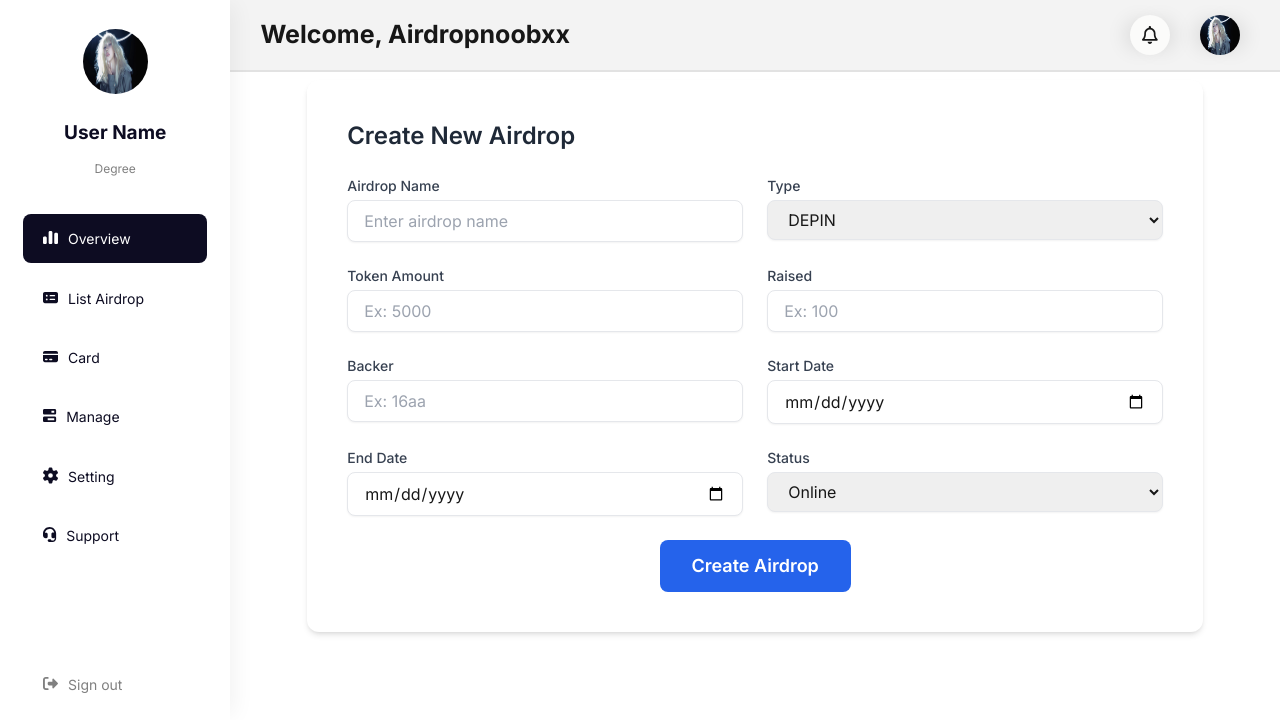
Repository: conGaStuer/airdropmamager
Page: /airdrops/new
These files come from the project's save history. The page is drawn as it stood at one moment and after the next save; the edit follows.
The browser window is 1280 px wide. The pictures show the whole page.
The project was rebuilt for these pictures with package versions that can differ from the ones it lists, and the page was loaded fresh each time. The framework's server and built-in components were replaced by stand-ins that run in the browser. Also part of the build but not shown: next.config.ts, src/styles/addForm.scss.

Above is the page before, as saved 2025-05-28 19:16:56.

### src/app/layout.tsx
// app/layout.tsx
import { Inter } from "next/font/google";
import "../styles/globals.css";
import NavBar from "@/components/NavBar";
import SideBar from "@/components/SideBar";

const inter = Inter({ subsets: ["latin"] });

export const metadata = {
  title: "Airdrop Admin",
  description: "Manage Airdrops",
};

// app/layout.tsx
export default function RootLayout({
  children,
}: {
  children: React.ReactNode;
}) {
  return (
    <html lang="en">
      <body>{children}</body>
    </html>
  );
}

### src/app/airdrops/layout.js
// app/airdrops/layout.js (hoặc layout.tsx nếu bạn dùng TypeScript)
"use client";
import React from "react";
import NavBar from "@/components/NavBar";
import SideBar from "@/components/SideBar";

export default function AirdropLayout({ children }) {
  return (
    <div className="flex">
      <SideBar />
      <div className="flex-1">
        <NavBar />
        <main className="pt-14 ">{children}</main>
      </div>
    </div>
  );
}

### src/app/airdrops/new/page.js
"use client";
import React, { useState } from "react";
import axios from "axios";
import { useRouter } from "next/navigation";
import "../../../styles/addForm.scss";
export default function CreateAirdropPage() {
  const [form, setForm] = useState({
    name: "",
    type: "",
    raised: "",
    status: "",
    tokenAmount: "",
    backer: "",
    startDate: "",
    endDate: "",
  });
  const router = useRouter();
  const handleCreate = async (e) => {
    e.preventDefault();
    await axios.post("http://localhost:5000/api/airdrops", form);
    router.push("/airdrops");
  };
  return (
    <div className="w-full max-w-4xl mx-auto bg-white p-10 rounded-xl shadow-md mt-6">
      <h2 className="text-2xl font-semibold text-gray-800 mb-6">
        Create New Airdrop
      </h2>
      <form onSubmit={handleCreate} className="grid grid-cols-2 gap-6">
        {/* Airdrop Name */}
        <div>
          <label className="block mb-1 text-sm font-medium text-gray-700">
            Airdrop Name
          </label>
          <input
            type="text"
            value={form.name}
            onChange={(e) => setForm({ ...form, name: e.target.value })}
            className="w-full px-4 py-2 border rounded-lg shadow-sm focus:outline-none focus:ring-2 focus:ring-blue-500"
            placeholder="Enter airdrop name"
          />
        </div>

        {/* Type */}
        <div>
          <label className="block mb-1 text-sm font-medium text-gray-700">
            Type
          </label>
          <select
            value={form.type}
            onChange={(e) => setForm({ ...form, type: e.target.value })}
            className="w-full px-4 py-2 border rounded-lg shadow-sm focus:outline-none focus:ring-2 focus:ring-blue-500"
          >
            <option value="DEPIN">DEPIN</option>
            <option value="Testnet">Testnet</option>
            <option value="Webpoint">Webpoint</option>
          </select>
        </div>

        {/* TokenAmount */}
        <div>
          <label className="block mb-1 text-sm font-medium text-gray-700">
            Token Amount
          </label>
          <input
            type="number"
            value={form.tokenAmount}
            onChange={(e) => setForm({ ...form, tokenAmount: e.target.value })}
            className="w-full px-4 py-2 border rounded-lg shadow-sm focus:outline-none focus:ring-2 focus:ring-blue-500"
            placeholder="Ex: 5000"
          />
        </div>

        {/* Raised */}
        <div>
          <label className="block mb-1 text-sm font-medium text-gray-700">
            Raised
          </label>
          <input
            type="number"
            value={form.raised}
            onChange={(e) => setForm({ ...form, raised: e.target.value })}
            className="w-full px-4 py-2 border rounded-lg shadow-sm focus:outline-none focus:ring-2 focus:ring-blue-500"
            placeholder="Ex: 100"
          />
        </div>

        {/* Backer */}
        <div>
          <label className="block mb-1 text-sm font-medium text-gray-700">
            Backer
          </label>
          <input
            type="text"
            value={form.backer}
            onChange={(e) => setForm({ ...form, backer: e.target.value })}
            className="w-full px-4 py-2 border rounded-lg shadow-sm focus:outline-none focus:ring-2 focus:ring-blue-500"
            placeholder="Ex: 16aa"
          />
        </div>

        {/* Start Date */}
        <div>
          <label className="block mb-1 text-sm font-medium text-gray-700">
            Start Date
          </label>
          <input
            type="date"
            value={form.startDate}
            onChange={(e) => setForm({ ...form, startDate: e.target.value })}
            className="w-full px-4 py-2 border rounded-lg shadow-sm focus:outline-none focus:ring-2 focus:ring-blue-500"
          />
        </div>

        {/* End Date */}
        <div>
          <label className="block mb-1 text-sm font-medium text-gray-700">
            End Date
          </label>
          <input
            type="date"
            value={form.endDate}
            onChange={(e) => setForm({ ...form, endDate: e.target.value })}
            className="w-full px-4 py-2 border rounded-lg shadow-sm focus:outline-none focus:ring-2 focus:ring-blue-500"
          />
        </div>

        {/* Status */}
        <div>
          <label className="block mb-1 text-sm font-medium text-gray-700">
            Status
          </label>
          <select
            value={form.status}
            onChange={(e) => setForm({ ...form, status: e.target.value })}
            className="w-full px-4 py-2 border rounded-lg shadow-sm focus:outline-none focus:ring-2 focus:ring-blue-500"
          >
            <option value="online">Online</option>
            <option value="offline">Offline</option>
          </select>
        </div>

        {/* Submit Button */}
        <div className="col-span-2 text-center">
          <button
            type="submit"
            className="px-8 py-3 bg-blue-600 text-white text-lg font-semibold rounded-lg hover:bg-blue-700 transition"
          >
            Create Airdrop
          </button>
        </div>
      </form>
    </div>
  );
}

### src/styles/globals.css
@tailwind base;
@tailwind components;
@tailwind utilities;

:root {
  --background: #ffffff;
  --foreground: #171717;
}

@media (prefers-color-scheme: dark) {
  :root {
    --background: #ffffff;
    --foreground: #393737;
  }
}

body {
  color: var(--foreground);
  background: var(--background);
  font-family: inter;
  background-size: cover;
  background-position: center;
}

### src/components/NavBar.js
import React from "react";
import "../styles/navbar.scss";
import { FontAwesomeIcon } from "@fortawesome/react-fontawesome";
import {
  faEdit,
  faTrash,
  faRectangleList,
  faChartSimple,
  faCreditCard,
  faBarsProgress,
  faGear,
  faHeadset,
  faRightFromBracket,
  faRing,
} from "@fortawesome/free-solid-svg-icons";
import { faBell } from "@fortawesome/free-regular-svg-icons";
import Image from "next/image";
export default function NavBar() {
  return (
    <div className="nav-side">
      <p>Welcome, Airdropnoobxx </p>
      <div className="menu">
        <div className="iconn">
          <FontAwesomeIcon icon={faBell} className="icon" />
        </div>
        <Image src="/styles/avt.jpg" alt="Avatar" width={20} height={20} />
      </div>
    </div>
  );
}

### src/components/SideBar.js
import React from "react";
import "../styles/sideBar.scss";
import { FontAwesomeIcon } from "@fortawesome/react-fontawesome";
import {
  faEdit,
  faTrash,
  faRectangleList,
  faChartSimple,
  faCreditCard,
  faBarsProgress,
  faGear,
  faHeadset,
  faRightFromBracket,
} from "@fortawesome/free-solid-svg-icons";
import Image from "next/image";
import Link from "next/link";
export default function SideBar() {
  return (
    <div className="side-bar">
      <div className="side-info">
        <div className="user-profile">
          <Image src="/styles/avt.jpg" alt="Avatar" width={80} height={80} />
          <h4>User Name</h4>
          <p>Degree</p>
        </div>
      </div>
      <div className="side-menu">
        <div className="menu-element menu-element1">
          <FontAwesomeIcon icon={faChartSimple} className="icon" />

          <span>Overview</span>
        </div>
        <Link href="./airdrops" className="menu-element">
          <FontAwesomeIcon icon={faRectangleList} className="icon" />

          <span>List Airdrop</span>
        </Link>
        <div className="menu-element">
          <FontAwesomeIcon icon={faCreditCard} className="icon" />
          <span>Card</span>
        </div>
        <div className="menu-element">
          <FontAwesomeIcon icon={faBarsProgress} className="icon" />
          <span>Manage</span>
        </div>
        <div className="menu-element">
          <FontAwesomeIcon icon={faGear} className="icon" />
          <span>Setting</span>
        </div>
        <div className="menu-element">
          <FontAwesomeIcon icon={faHeadset} className="icon" />

          <span>Support</span>
        </div>
      </div>
      <div className="side-logout">
        <FontAwesomeIcon icon={faRightFromBracket} className="icon" />
        <span>Sign out</span>
      </div>
    </div>
  );
}

### src/styles/navbar.scss
@mixin center-div {
  display: flex;

  justify-content: space-between;
  align-items: center;
}
@mixin no-space-text {
  margin: 0px;
  padding: 0px;
}
.nav-side {
  width: 82%;
  height: 10vh;
  background-color: #f3f3f3;
  position: fixed;
  float: right;
  right: 0px;

  border-bottom-right-radius: 0px;
  @include center-div();
  padding-left: 30px;
  padding-right: 40px;
  border-bottom: 2px solid rgb(226, 226, 226);
  p {
    font-size: 25px;
    font-weight: bold;
    font-family: "Inter", sans-serif;
  }
  .menu {
    width: 120px;
    height: 90%;
    @include center-div();

    .iconn {
      width: 40px;
      height: 40px;
      background-color: #fbfbfa;
      border-radius: 50%;
      @include center-div();
      justify-content: center;
      position: relative;
      left: 10px;
      box-shadow: 10px 0 20px -5px rgba(0, 0, 0, 0.1),
        -10px 0 20px -5px rgba(0, 0, 0, 0.1);

      .icon {
        font-size: 18px;
      }
    }
    img {
      width: 40px;
      height: 40px;
      border-radius: 50%;
      box-shadow: 10px 0 20px -5px rgba(0, 0, 0, 0.1),
        -10px 0 20px -5px rgba(0, 0, 0, 0.1);
    }
  }
}

### src/styles/sideBar.scss
@mixin center-div {
  display: flex;
  flex-direction: column;
  justify-content: space-between;
  align-items: center;
}
@mixin no-space-text {
  margin: 0px;
  padding: 0px;
}
.side-bar {
  font-family: "Inter", sans-serif;
  @include center-div();
  width: 18%;
  height: 100vh;
  background-color: white;
  color: #808080;
  box-shadow: 10px 0 20px -5px rgba(0, 0, 0, 0.05),
    -10px 0 20px -5px rgba(0, 0, 0, 0.05);
  z-index: 1;
  .icon {
    font-size: 15px;
    margin-right: 10px;
    position: relative;
    top: -1px;
  }
  .side-info {
    width: 80%;
    height: 34%;
    display: flex;
    flex-direction: column;
    justify-content: space-around;
    align-items: center;
    position: relative;
    top: -10px;
    h4 {
      @include no-space-text();
      font-size: 18px;
      font-weight: bold;
    }
    .user-profile {
      width: 75%;
      height: 68%;
      @include center-div();

      img {
        width: 65px;
        height: 65px;
        border-radius: 50%;
      }
      h4 {
        font-size: 19px;
        font-weight: bold;
        @include no-space-text();
        position: relative;
        top: -3px;
        color: #0d0c22;
      }
      p {
        @include no-space-text();
        font-size: 12px;
        position: relative;
        top: -18px;
      }
    }
  }
  .side-menu {
    width: 80%;
    height: 48%;
    @include center-div();
    position: relative;
    top: -65px;
    .menu-element {
      width: 100%;
      height: 14%;
      background-color: white;
      border-radius: 8px;
      font-size: 14px;
      display: flex;
      align-items: center;
      padding: 20px;
      color: #0d0c22;
    }
    .menu-element1 {
      background-color: #0d0c22;
      color: white;
    }
  }
  .side-logout {
    width: 80%;
    height: 7%;
    display: flex;
    align-items: center;
    padding: 20px;
    margin-bottom: 10px;
    span {
      font-size: 14px;
    }
  }
}

### tailwind.config.ts
import type { Config } from "tailwindcss";

export default {
  content: [
    "./src/pages/**/*.{js,ts,jsx,tsx,mdx}",
    "./src/components/**/*.{js,ts,jsx,tsx,mdx}",
    "./src/app/**/*.{js,ts,jsx,tsx,mdx}",
  ],
  theme: {
    extend: {
      colors: {
        background: "var(--background)",
        foreground: "var(--foreground)",
      },
      fontFamily: {
        sans: ["var(--font-inter)", "sans-serif"],
      },
    },
  },
  plugins: [],
} satisfies Config;

After the next save:
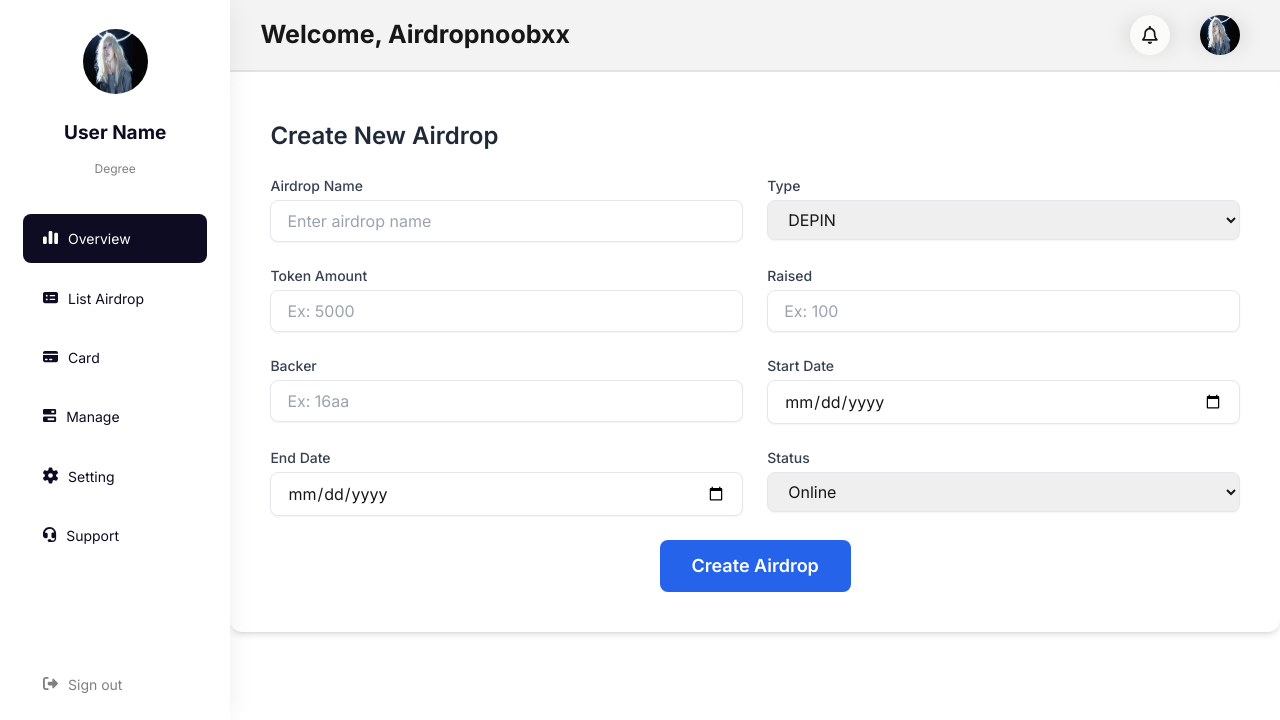
Saved 19 s later.
--- a/src/app/airdrops/new/page.js
+++ b/src/app/airdrops/new/page.js
@@ -21,7 +21,7 @@ export default function CreateAirdropPage() {
     router.push("/airdrops");
   };
   return (
-    <div className="w-full max-w-4xl mx-auto bg-white p-10 rounded-xl shadow-md mt-6">
+    <div className="w-full max-w-8xl mx-auto bg-white p-10 rounded-xl shadow-md mt-6">
       <h2 className="text-2xl font-semibold text-gray-800 mb-6">
         Create New Airdrop
       </h2>
